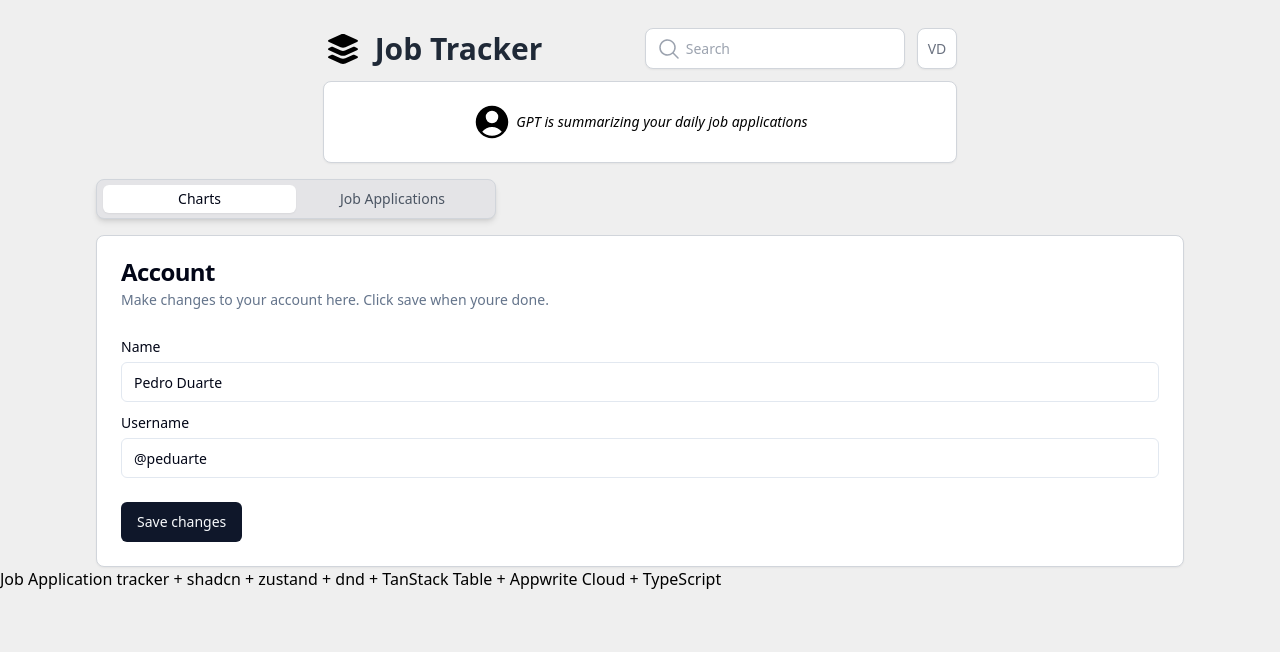
Repository: Vasil1001/job-applications-tracker-nextjs
Page: /
An editor plug-in stored every save of this project. The page is shown before and after a run of saves, followed by the edit.
The browser window is 1280 px wide. The pictures show the whole page.
The project was rebuilt for these pictures with package versions that can differ from the ones it lists, and the page was loaded fresh each time. The framework's server and built-in components were replaced by stand-ins that run in the browser. Also part of the build but not shown: next.config.js.

Above is the page before, as saved 2023-06-24 19:34:30.

### app/layout.tsx
import "./globals.css";
import { Inter } from "next/font/google";

const inter = Inter({ subsets: ["latin"] });

export const metadata = {
  title: "Job Tracker",
  description: "Generated by create next app",
};

export default function RootLayout({
  children,
}: {
  children: React.ReactNode;
}) {
  return (
    <html lang="en">
      <body  suppressHydrationWarning={true} className="bg-[#efefef] inter">{children}</body>
    </html>
  );
}

### app/page.tsx
import Header from "@/components/Header";
import Image from "next/image";

export default function Home() {
  return (
    <main className="flex min-h-screen max-w-screen flex-col justify-between mx-auto ">
      {/* Header Component */}
      <Header />

      {/* Board dnd Component */}

    </main>
  );
}

### components/Header.tsx
"use client";
import { Search } from "lucide-react";
import React from "react";
import SearchBar from "./navbar/SearchBar";
import { IoIosApps } from "react-icons/io";
import { RiSendPlaneLine } from "react-icons/ri";
import { BiNotepad } from "react-icons/bi";
import Image from "next/image";
import { MagnifyingGlassIcon, UserCircleIcon } from "@heroicons/react/24/solid";
import { FiUser } from "react-icons/fi";
import { HiMagnifyingGlass } from "react-icons/hi2";
import Navbar from "./navbar/Navbar";
import Avatar from "react-avatar";
import JobChartsTab from "./ui/JobChartsTab";

export default function Header() {
  return (
    <header className="">
      <Navbar />

      <JobChartsTab />
      <h1>
        Job Application tracker + shadcn + zustand + dnd + TanStack Table +
        Appwrite Cloud + TypeScript
      </h1>
    </header>
  );
}

### components/navbar/Navbar.tsx
import React from "react";
import SearchBar from "./SearchBar";
import { IoIosApps } from "react-icons/io";
import { HiMagnifyingGlass } from "react-icons/hi2";
import { UserCircleIcon } from "@heroicons/react/24/solid";

export default function Navbar() {
  return (
    <div className="bg-[#efefef] px-7 pt-7 xl:px-24 transition-all ">
      <div className="xl:w-7/12 mx-auto">
        <div className="flex flex-col md:flex-row items-center transition-all ">
          {/* <Navbar /> */}
          {/* <Image
          src="https://links.papareact.com/c2cdd5"
          alt="Logo"
          width={300}
          height={100}
          className="w-44 md:w-56 pb-10 md:pb-0 object-contain"
        /> */}
          {/* Logo */}
          <div className="flex items-center font-bold text-3xl mb-3 md:mb-0">
            <IoIosApps size={40} className="mr-3" />
            <span className="text-gray-800">Job Tracker</span>
          </div>

          {/* Search input, button and profile */}
          <div className="flex items-center gap-3 flex-1 justify-end w-full">
            <form className=" flex items-center justify-center  flex-1 md:flex-initial transition-all">
              <div className="relative  flex-1 md:flex-initial">
                <span className="absolute inset-y-0 left-0 flex items-center pl-3">
                  <HiMagnifyingGlass className="w-6 h-6 text-gray-400" />
                </span>
                <div className="flex gap-3 h-full">
                  <input
                    type="text"
                    className="w-full flex-1 h-full py-2.5 pl-10 pr-4 border shadow-sm focus-visible:outline-none focus-visible:ring-1 focus:ring-gray-400 text-black bg-white border-gray-300 text-sm rounded-lg hover:border-gray-300 placeholder:text-gray-400 focus:placeholder:text-gray-500"
                    placeholder="Search"
                  />
                  <div className="border flex px-2.5 items-center justify-center shadow-sm focus-visible:outline-none focus-visible:ring-1 focus:ring-gray-400 bg-white text-gray-500 border-gray-300 text-sm rounded-lg hover:border-gray-300">
                    VD
                  </div>
                </div>
              </div>
              <button hidden> Search</button>
            </form>
          </div>
        </div>

        <div className="flex w-full flex-1 mb-1 md:justify-end mt-3">
          <p className="flex flex-1 items-center justify-center text-sm font-light pr-5 shadow-sm rounded-lg p-5 w-fit bg-white italic border border-gray-300 hover:border-gray-300">
            <UserCircleIcon className=" inline-block h-10 w-10 mr-1" />
            GPT is summarizing your daily job applications
          </p>
        </div>
      </div>
    </div>
  );
}

### components/ui/JobChartsTab.tsx
import { Button } from "@/components/ui/button";
import {
  Card,
  CardContent,
  CardDescription,
  CardFooter,
  CardHeader,
  CardTitle,
} from "@/components/ui/card";
import { Input } from "@/components/ui/input";
import { Label } from "@/components/ui/label";
import { Tabs, TabsContent, TabsList, TabsTrigger } from "@/components/ui/tabs";
export default function JobChartsTab() {
  return (
    <div className="px-7 pt-3 xl:px-24 transition-all bg-[#efefef]">
      <Tabs defaultValue="account" className="">
        <TabsList className="grid grid-cols-2 w-[400px] border border-gray-300">
          <TabsTrigger className="" value="account">Charts</TabsTrigger>
          <TabsTrigger className="" value="password">Job Applications</TabsTrigger>
        </TabsList>
        <TabsContent value="account">
          <Card>
            <CardHeader>
              <CardTitle>Account</CardTitle>
              <CardDescription>
                Make changes to your account here. Click save when youre done.
              </CardDescription>
            </CardHeader>
            <CardContent className="space-y-2">
              <div className="space-y-1">
                <Label htmlFor="name">Name</Label>
                <Input id="name" defaultValue="Pedro Duarte" />
              </div>
              <div className="space-y-1">
                <Label htmlFor="username">Username</Label>
                <Input id="username" defaultValue="@peduarte" />
              </div>
            </CardContent>
            <CardFooter>
              <Button>Save changes</Button>
            </CardFooter>
          </Card>
        </TabsContent>
        <TabsContent value="password">
          <Card>
            <CardHeader>
              <CardTitle>Password</CardTitle>
              <CardDescription>
                Change your password here. After saving, yoll be logged out.
              </CardDescription>
            </CardHeader>
            <CardContent className="space-y-2">
              <div className="space-y-1">
                <Label htmlFor="current">Current password</Label>
                <Input id="current" type="password" />
              </div>
              <div className="space-y-1">
                <Label htmlFor="new">New password</Label>
                <Input id="new" type="password" />
              </div>
            </CardContent>
            <CardFooter>
              <Button>Save password</Button>
            </CardFooter>
          </Card>
        </TabsContent>
      </Tabs>
    </div>
  );
}

### components/ui/button.tsx
import * as React from "react"
import { Slot } from "@radix-ui/react-slot"
import { cva, type VariantProps } from "class-variance-authority"

import { cn } from "@/lib/utils"

const buttonVariants = cva(
  "inline-flex items-center justify-center rounded-md text-sm font-medium ring-offset-white transition-colors focus-visible:outline-none focus-visible:ring-2 focus-visible:ring-slate-400 focus-visible:ring-offset-2 disabled:pointer-events-none disabled:opacity-50 dark:ring-offset-slate-950 dark:focus-visible:ring-slate-800",
  {
    variants: {
      variant: {
        default: "bg-slate-900 text-slate-50 hover:bg-slate-900/90 dark:bg-slate-50 dark:text-slate-900 dark:hover:bg-slate-50/90",
        destructive:
          "bg-red-500 text-slate-50 hover:bg-red-500/90 dark:bg-red-900 dark:text-red-50 dark:hover:bg-red-900/90",
        outline:
          "border border-slate-200 bg-white hover:bg-slate-100 hover:text-slate-900 dark:border-slate-800 dark:bg-slate-950 dark:hover:bg-slate-800 dark:hover:text-slate-50",
        secondary:
          "bg-slate-100 text-slate-900 hover:bg-slate-100/80 dark:bg-slate-800 dark:text-slate-50 dark:hover:bg-slate-800/80",
        ghost: "hover:bg-slate-100 hover:text-slate-900 dark:hover:bg-slate-800 dark:hover:text-slate-50",
        link: "text-slate-900 underline-offset-4 hover:underline dark:text-slate-50",
      },
      size: {
        default: "h-10 px-4 py-2",
        sm: "h-9 rounded-md px-3",
        lg: "h-11 rounded-md px-8",
        icon: "h-10 w-10",
      },
    },
    defaultVariants: {
      variant: "default",
      size: "default",
    },
  }
)

export interface ButtonProps
  extends React.ButtonHTMLAttributes<HTMLButtonElement>,
    VariantProps<typeof buttonVariants> {
  asChild?: boolean
}

const Button = React.forwardRef<HTMLButtonElement, ButtonProps>(
  ({ className, variant, size, asChild = false, ...props }, ref) => {
    const Comp = asChild ? Slot : "button"
    return (
      <Comp
        className={cn(buttonVariants({ variant, size, className }))}
        ref={ref}
        {...props}
      />
    )
  }
)
Button.displayName = "Button"

export { Button, buttonVariants }

### components/ui/card.tsx
import * as React from "react"

import { cn } from "@/lib/utils"

const Card = React.forwardRef<
  HTMLDivElement,
  React.HTMLAttributes<HTMLDivElement>
>(({ className, ...props }, ref) => (
  <div
    ref={ref}
    className={cn(
      "rounded-lg border border-gray-300 bg-white text-slate-950 shadow-sm dark:border-slate-800 dark:bg-slate-950 dark:text-slate-50",
      className
    )}
    {...props}
  />
))
Card.displayName = "Card"

const CardHeader = React.forwardRef<
  HTMLDivElement,
  React.HTMLAttributes<HTMLDivElement>
>(({ className, ...props }, ref) => (
  <div
    ref={ref}
    className={cn("flex flex-col space-y-1.5 p-6", className)}
    {...props}
  />
))
CardHeader.displayName = "CardHeader"

const CardTitle = React.forwardRef<
  HTMLParagraphElement,
  React.HTMLAttributes<HTMLHeadingElement>
>(({ className, ...props }, ref) => (
  <h3
    ref={ref}
    className={cn(
      "text-2xl font-semibold leading-none tracking-tight",
      className
    )}
    {...props}
  />
))
CardTitle.displayName = "CardTitle"

const CardDescription = React.forwardRef<
  HTMLParagraphElement,
  React.HTMLAttributes<HTMLParagraphElement>
>(({ className, ...props }, ref) => (
  <p
    ref={ref}
    className={cn("text-sm text-slate-500 dark:text-slate-400", className)}
    {...props}
  />
))
CardDescription.displayName = "CardDescription"

const CardContent = React.forwardRef<
  HTMLDivElement,
  React.HTMLAttributes<HTMLDivElement>
>(({ className, ...props }, ref) => (
  <div ref={ref} className={cn("p-6 pt-0", className)} {...props} />
))
CardContent.displayName = "CardContent"

const CardFooter = React.forwardRef<
  HTMLDivElement,
  React.HTMLAttributes<HTMLDivElement>
>(({ className, ...props }, ref) => (
  <div
    ref={ref}
    className={cn("flex items-center p-6 pt-0", className)}
    {...props}
  />
))
CardFooter.displayName = "CardFooter"

export { Card, CardHeader, CardFooter, CardTitle, CardDescription, CardContent }

### components/ui/input.tsx
import * as React from "react"

import { cn } from "@/lib/utils"

export interface InputProps
  extends React.InputHTMLAttributes<HTMLInputElement> {}

const Input = React.forwardRef<HTMLInputElement, InputProps>(
  ({ className, type, ...props }, ref) => {
    return (
      <input
        type={type}
        className={cn(
          "flex h-10 w-full rounded-md border border-slate-200 border-slate-200 bg-white px-3 py-2 text-sm ring-offset-white file:border-0 file:bg-transparent file:text-sm file:font-medium placeholder:text-slate-500 focus-visible:outline-none focus-visible:ring-2 focus-visible:ring-slate-400 focus-visible:ring-offset-2 disabled:cursor-not-allowed disabled:opacity-50 dark:border-slate-800 dark:border-slate-800 dark:bg-slate-950 dark:ring-offset-slate-950 dark:placeholder:text-slate-400 dark:focus-visible:ring-slate-800",
          className
        )}
        ref={ref}
        {...props}
      />
    )
  }
)
Input.displayName = "Input"

export { Input }

### components/ui/label.tsx
import * as React from "react"
import * as LabelPrimitive from "@radix-ui/react-label"
import { cva, type VariantProps } from "class-variance-authority"

import { cn } from "@/lib/utils"

const labelVariants = cva(
  "text-sm font-medium leading-none peer-disabled:cursor-not-allowed peer-disabled:opacity-70"
)

const Label = React.forwardRef<
  React.ElementRef<typeof LabelPrimitive.Root>,
  React.ComponentPropsWithoutRef<typeof LabelPrimitive.Root> &
    VariantProps<typeof labelVariants>
>(({ className, ...props }, ref) => (
  <LabelPrimitive.Root
    ref={ref}
    className={cn(labelVariants(), className)}
    {...props}
  />
))
Label.displayName = LabelPrimitive.Root.displayName

export { Label }

### components/ui/tabs.tsx
import * as React from "react"
import * as TabsPrimitive from "@radix-ui/react-tabs"

import { cn } from "@/lib/utils"

const Tabs = TabsPrimitive.Root

const TabsList = React.forwardRef<
  React.ElementRef<typeof TabsPrimitive.List>,
  React.ComponentPropsWithoutRef<typeof TabsPrimitive.List>
>(({ className, ...props }, ref) => (
  <TabsPrimitive.List
    ref={ref}
    className={cn(
      "inline-flex h-10 items-center justify-center rounded-lg shadow-md mb-4 bg-zinc-200 p-1 px-1.5 text-gray-600 dark:bg-slate-800 dark:text-slate-400",
      className
    )}
    {...props}
  />
))
TabsList.displayName = TabsPrimitive.List.displayName

const TabsTrigger = React.forwardRef<
  React.ElementRef<typeof TabsPrimitive.Trigger>,
  React.ComponentPropsWithoutRef<typeof TabsPrimitive.Trigger>
>(({ className, ...props }, ref) => (
  <TabsPrimitive.Trigger
    ref={ref}
    className={cn(
      "inline-flex items-center justify-center whitespace-nowrap rounded-md px-3 py-1 text-sm font-medium ring-offset-white transition-all focus-visible:outline-none focus-visible:ring-2 focus-visible:ring-slate-400 focus-visible:ring-offset-2 disabled:pointer-events-none disabled:opacity-50 data-[state=active]:bg-white data-[state=active]:text-slate-950 data-[state=active]:shadow-sm dark:ring-offset-slate-950 dark:focus-visible:ring-slate-800 dark:data-[state=active]:bg-slate-950 dark:data-[state=active]:text-slate-50",
      className
    )}
    {...props}
  />
))
TabsTrigger.displayName = TabsPrimitive.Trigger.displayName

const TabsContent = React.forwardRef<
  React.ElementRef<typeof TabsPrimitive.Content>,
  React.ComponentPropsWithoutRef<typeof TabsPrimitive.Content>
>(({ className, ...props }, ref) => (
  <TabsPrimitive.Content
    ref={ref}
    className={cn(
      "mt-2 ring-offset-white focus-visible:outline-none focus-visible:ring-2 focus-visible:ring-slate-400 focus-visible:ring-offset-2 dark:ring-offset-slate-950 dark:focus-visible:ring-slate-800",
      className
    )}
    {...props}
  />
))
TabsContent.displayName = TabsPrimitive.Content.displayName

export { Tabs, TabsList, TabsTrigger, TabsContent }

### tailwind.config.js
/** @type {import('tailwindcss').Config} */
module.exports = {
  darkMode: ["class"],
  content: [
    "./pages/**/*.{ts,tsx}",
    "./components/**/*.{ts,tsx}",
    "./app/**/*.{ts,tsx}",
    "./src/**/*.{ts,tsx}",
  ],
  theme: {
    container: {
      center: true,
      padding: "2rem",
      screens: {
        "2xl": "1400px",
      },
    },
    extend: {
      keyframes: {
        "accordion-down": {
          from: { height: 0 },
          to: { height: "var(--radix-accordion-content-height)" },
        },
        "accordion-up": {
          from: { height: "var(--radix-accordion-content-height)" },
          to: { height: 0 },
        },
      },
      animation: {
        "accordion-down": "accordion-down 0.2s ease-out",
        "accordion-up": "accordion-up 0.2s ease-out",
      },
      fontFamily: {
        supreme: ["Supreme", "sans-serif"],
        satoshi: ["Satoshi", "sans-serif"],
        outfit: ["Outfit, sans-serif"],
        generalsans: ["General Sans", "sans-serif"],
        chillax: ["Chillax", "sans-serif"],
        inter: ["Inter", "sans-serif"],
        noto: ["Noto Sans", "sans-serif"],
      },
    },
  },
  plugins: [require("tailwindcss-animate")],
};

Loaded but not shown: app/globals.css (common file); lib/utils.ts (common file)

After the next 5 saves:
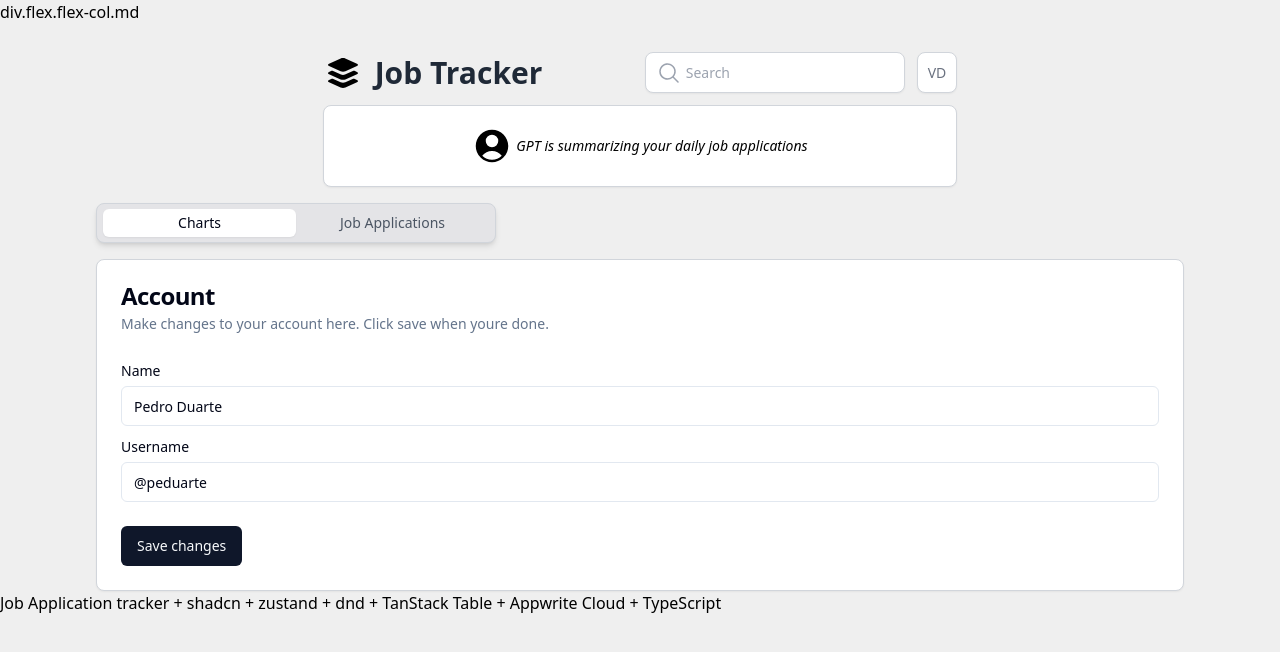
The 5 saves are shown as one change because they came seconds apart.
The last was saved 10 min 20 s later.
--- a/components/Header.tsx
+++ b/components/Header.tsx
@@ -16,6 +16,7 @@ import JobChartsTab from "./ui/JobChartsTab";
 export default function Header() {
   return (
     <header className="">
+        div.flex.flex-col.md
       <Navbar />
 
       <JobChartsTab />
